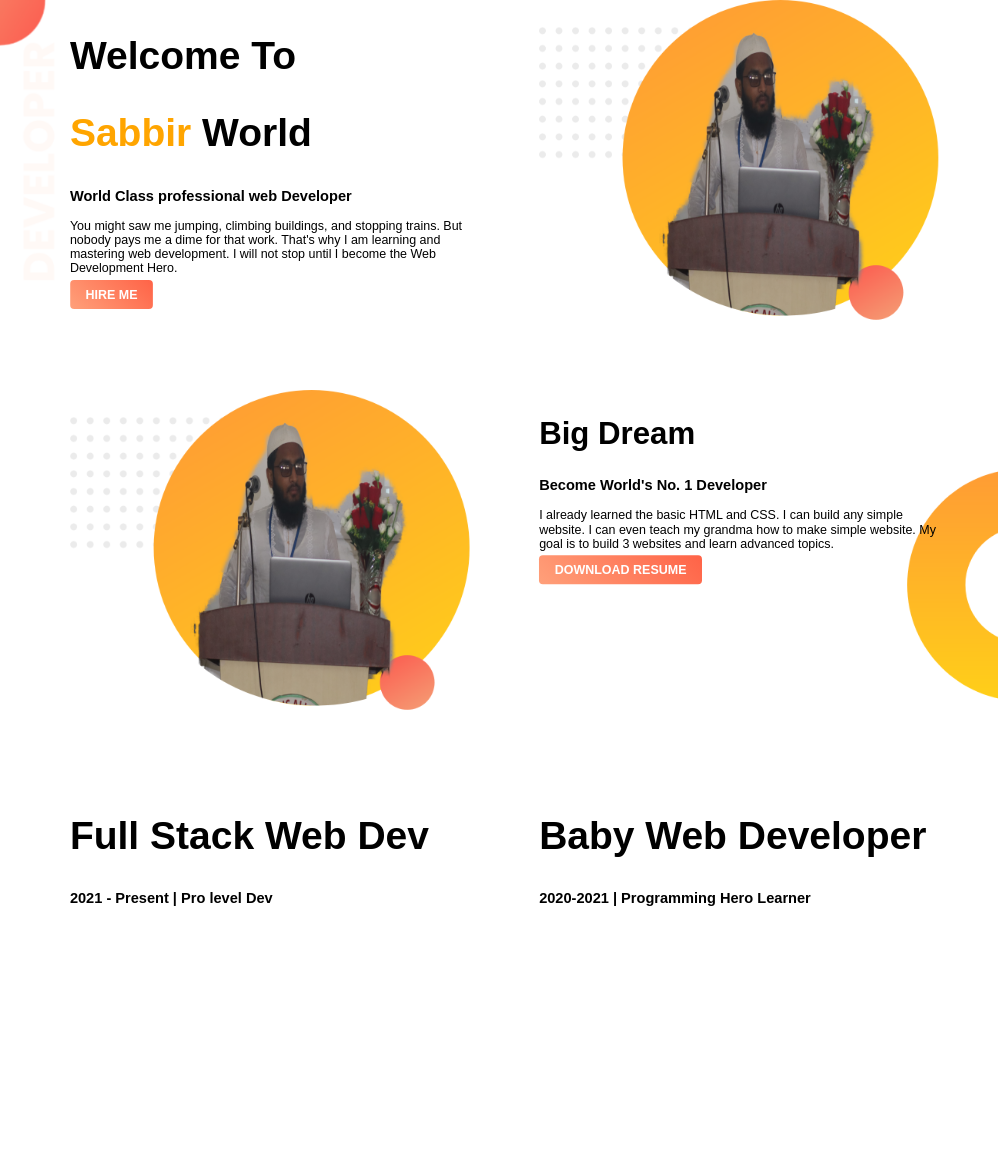
Repository: sabbircse3/web-protfolio
Page: index.html
An editor plug-in stored every save of this project. The page is shown before and after a run of saves, followed by the edit.
The browser window is 1280 px wide. The pictures show the whole page, at 78% of full size.

Above is the page before, as saved 2021-01-04 10:34:13.

### index.html
<!DOCTYPE html>
<html lang="en">
<head>
    <meta charset="UTF-8">
    <meta name="viewport" content="width=device-width, initial-scale=1.0">
    <title>Sabbir web-portfolio</title>
    <link rel="preconnect" href="https://fonts.gstatic.com">
    <link href="https://fonts.googleapis.com/css2?family=Montserrat&display=swap" rel="stylesheet">
    <link rel="stylesheet" href="style.css">
</head>
<body>
    <section class="top-banner">
        <div class="half-width">
            <h1>Welcome To</h1>
            <h1> <span class="name-highlight">Sabbir</span> World</h1>
            <h3>World Class professional web Developer</h3>
            <p>You might saw me jumping, climbing buildings, and stopping trains. But nobody pays me a dime for that work. That's why I am learning and mastering web development. I will not stop until I become the Web Development Hero.</p>
            <a class="link-button" target="_blank" href="https://www.linkedin.com/company/programminghero/">HIRE ME</a>
        </div>
        <div class="half-width">
            <img src="images/sabbir1.png" alt="">
        </div>
    </section>

    <section class="dream-area">
        <div class="half-width">
            <img src="images/sabbir1.png" alt="">
        </div>
        <div class="half-width">
            <h2> Big Dream</h2>
            <h3>Become World's No. 1 Developer</h3>
            <p>I already learned the basic HTML and CSS. I can build any simple website. I can even teach my grandma how to make simple website. My goal is to build 3 websites and learn advanced topics.</p>
            <a class="link-button" target="_blank" href="https://www.linkedin.com/company/programminghero/">DOWNLOAD RESUME</a>
        </div>

    </section>

    <section class="experience-area">
        <div class="half-width">
            <h1>Full Stack Web Dev</h1>
            <h3>2021 - Present | Pro level Dev</h3>

        </div>
        <div class="half-width">
            <h1>Baby Web Developer</h1>
            <h3>2020-2021 | Programming Hero Learner</h3>

        </div>
    </section>

</body>
</html>

### style.css
body{
    font-family: sans-serif;
    margin: 0px;
}
h1{
    font-size: 50px;
}
h2{
    font-size: 40px;
}
.name-highlight{
    color: orange;
}
.half-width{
    width: 40%;
    float: left;
    margin-left: 5%;
    padding-left: 2%;
}
.half-width img{
    width: 100%;
}
.top-banner{
    background-image: url("images/top-banner.png");
    background-repeat: no-repeat;
}
section{
    height: 500px;
}
.link-button{
    text-decoration: none;
    background-image: linear-gradient(45deg, lightSalmon, tomato);
    padding: 10px 20px;
    border-radius: 5px;
    color: white;
    font-weight: 700;
}
.dream-area{
    background-image: url("images/dream-bg.png");
    background-repeat: no-repeat;
    background-position: right;
}
.experience-area{

}

After the next 6 saves:
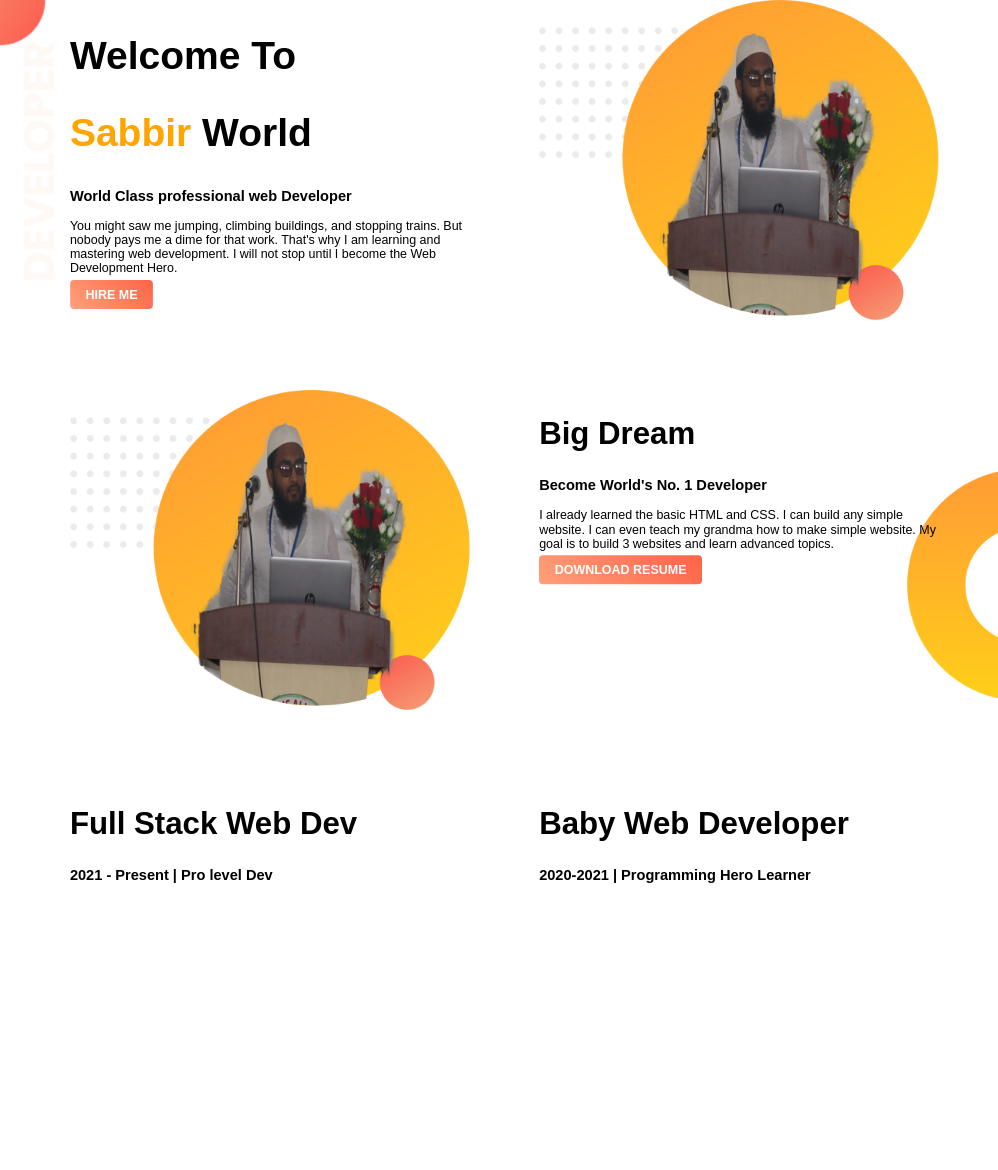
The 6 saves are shown as one change because they came seconds apart.
The last was saved 31 s later.
--- a/index.html
+++ b/index.html
@@ -37,12 +37,12 @@
 
     <section class="experience-area">
         <div class="half-width">
-            <h1>Full Stack Web Dev</h1>
+            <h2>Full Stack Web Dev</h2>
             <h3>2021 - Present | Pro level Dev</h3>
 
         </div>
         <div class="half-width">
-            <h1>Baby Web Developer</h1>
+            <h2>Baby Web Developer</h2>
             <h3>2020-2021 | Programming Hero Learner</h3>
 
         </div>
